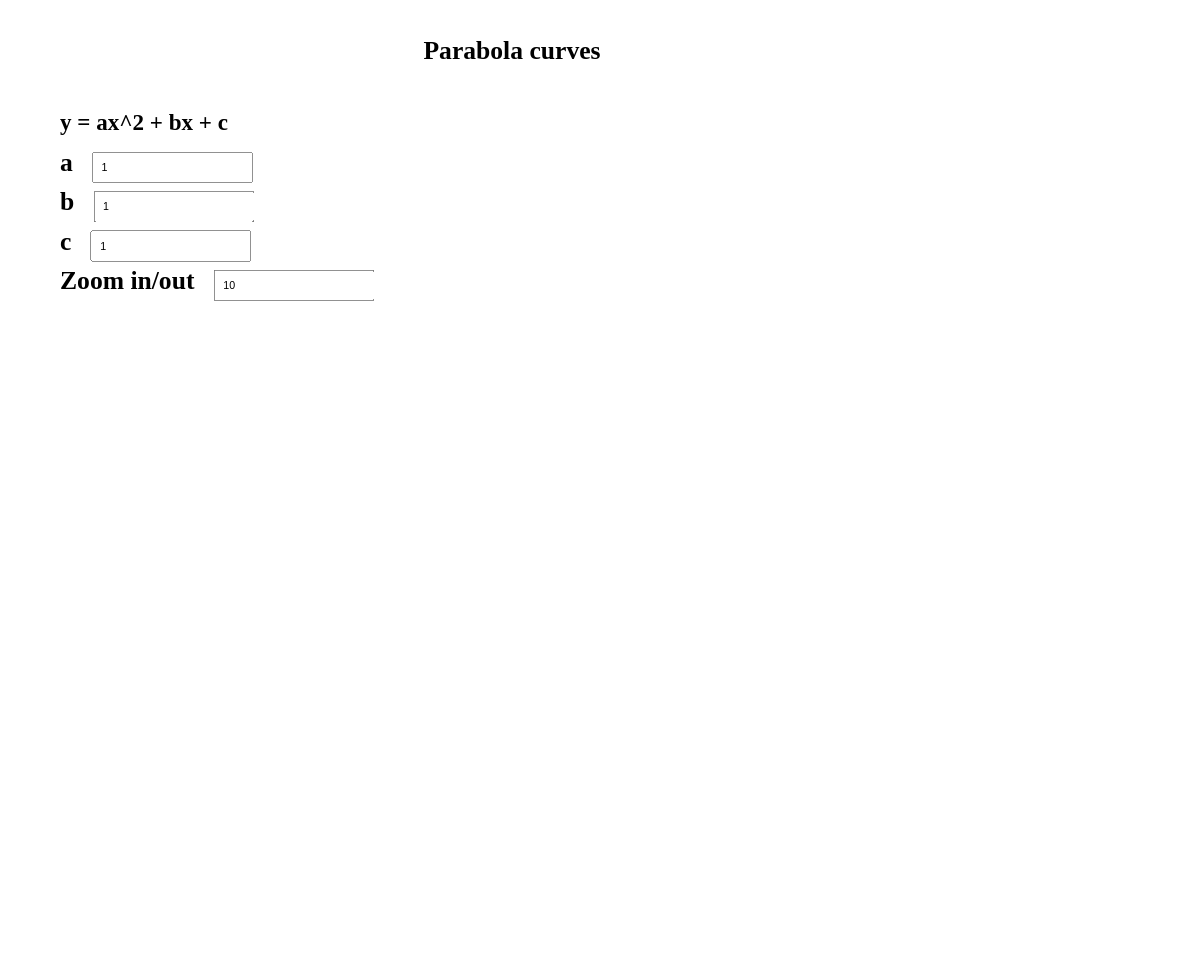
Repository: tclintaichung/book
Page: ex16/ex16_01/frame.html
An editor plug-in stored every save of this project. The page is shown before and after the next save, followed by the edit.
The browser window is 1280 px wide. The page is 1490 px wide, so the pictures cover 1490 px, including what lies to the right of the window. The pictures show the whole page, at 80% of full size.

Above is the page before, as saved 2025-09-28 07:13:33.

After the next save:
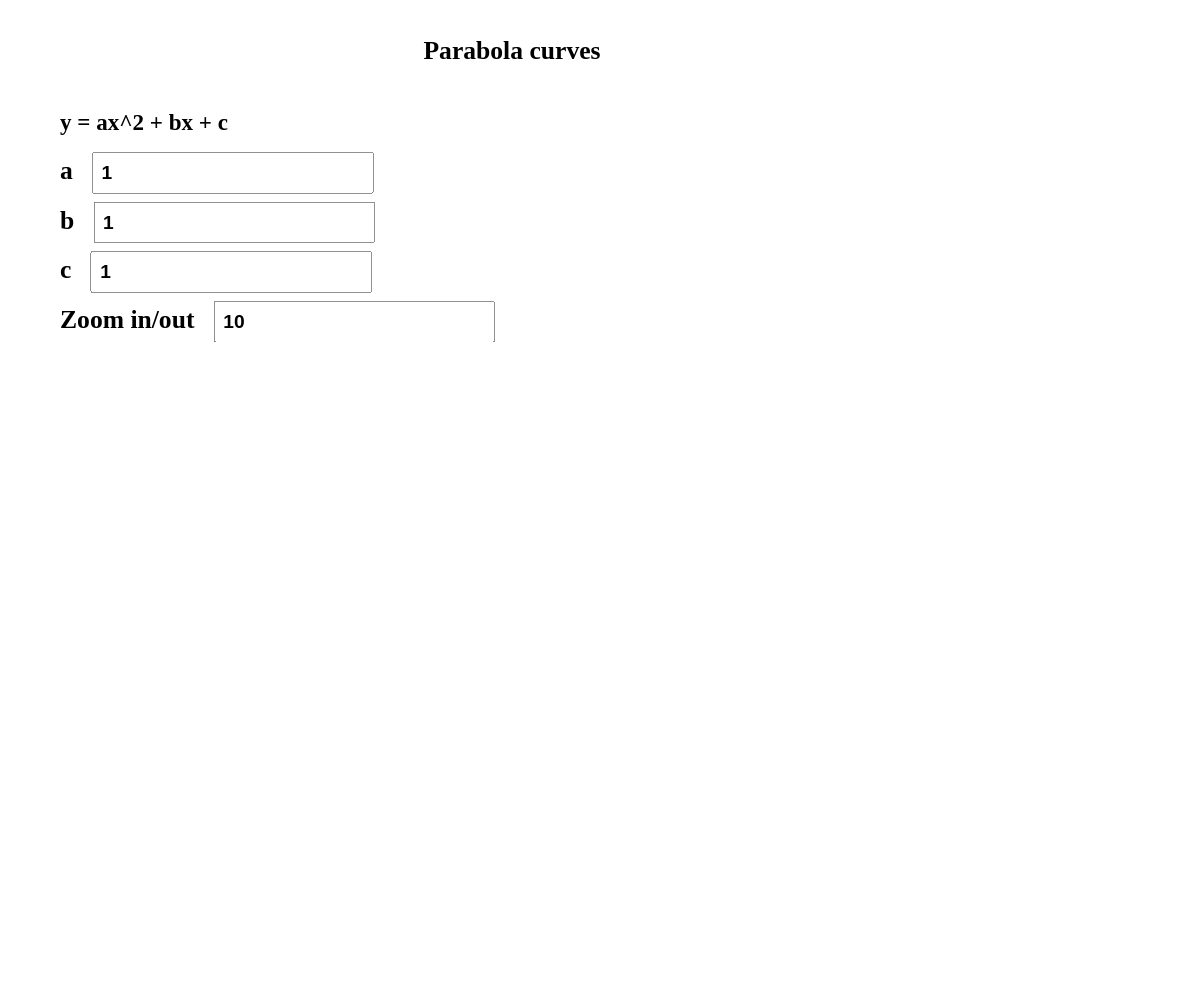
Saved 30 s later.
--- a/ex16/ex16_01/styles.css
+++ b/ex16/ex16_01/styles.css
@@ -13,3 +13,7 @@ p{
   font-size: 1.8rem;
   font-weight: bold;
 }
+input{
+  font-size: 1.5rem;
+  font-weight: bold;
+}
